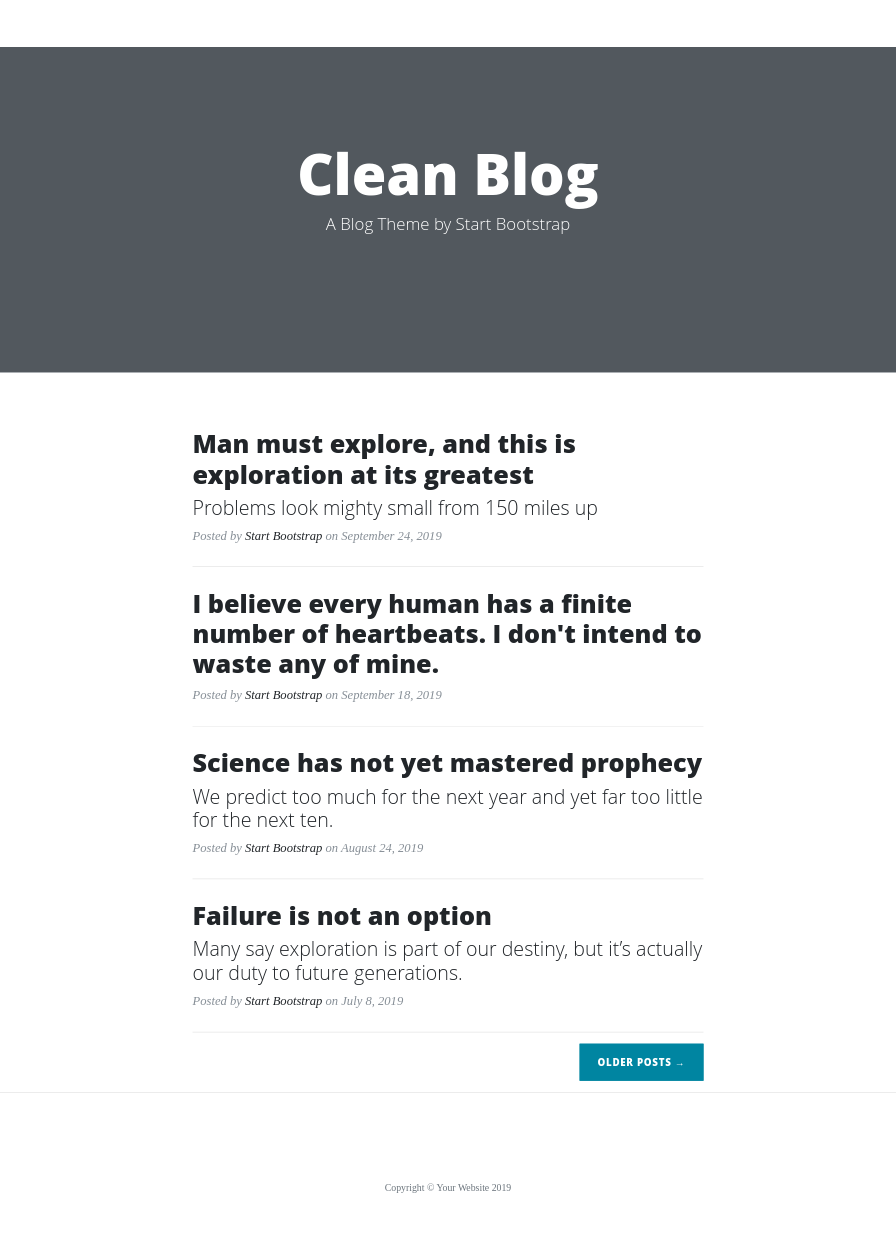
Repository: Rian1010/Flask
Page: http://localhost/
The author's editor kept a record of every edit. The page is drawn from the files as they stood at one moment, then again after the next edit.
The browser window is 1280 px wide. The pictures show the whole page, at 70% of full size.
The page is served by the project's application, run on Flask 3 (run.py). Other server files are loaded and not shown.

Above is the page before.

### templates/index.html
{% extends 'base.html' %} {% block content %}
<div class="row">
    <div class="col-lg-8 col-md-10 mx-auto">
        <div class="post-preview">
            <a href="post.html">
                <h2 class="post-title">
                    Man must explore, and this is exploration at its greatest
                </h2>
                <h3 class="post-subtitle">
                    Problems look mighty small from 150 miles up
                </h3>
            </a>
            <p class="post-meta">Posted by
                <a href="#">Start Bootstrap</a> on September 24, 2019</p>
        </div>
        <hr>
        <div class="post-preview">
            <a href="post.html">
                <h2 class="post-title">
                    I believe every human has a finite number of heartbeats. I don't intend to waste any of mine.
                </h2>
            </a>
            <p class="post-meta">Posted by
                <a href="#">Start Bootstrap</a> on September 18, 2019</p>
        </div>
        <hr>
        <div class="post-preview">
            <a href="post.html">
                <h2 class="post-title">
                    Science has not yet mastered prophecy
                </h2>
                <h3 class="post-subtitle">
                    We predict too much for the next year and yet far too little for the next ten.
                </h3>
            </a>
            <p class="post-meta">Posted by
                <a href="#">Start Bootstrap</a> on August 24, 2019</p>
        </div>
        <hr>
        <div class="post-preview">
            <a href="post.html">
                <h2 class="post-title">
                    Failure is not an option
                </h2>
                <h3 class="post-subtitle">
                    Many say exploration is part of our destiny, but it’s actually our duty to future generations.
                </h3>
            </a>
            <p class="post-meta">Posted by
                <a href="#">Start Bootstrap</a> on July 8, 2019</p>
        </div>
        <hr>
        <!-- Pager -->
        <div class="clearfix">
            <a class="btn btn-primary float-right" href="#">Older Posts &rarr;</a>
        </div>
    </div>
</div>
{% endblock %}

### templates/base.html
<!DOCTYPE html>
<html lang="en">

<head>
    <meta charset="UTF-8">
    <meta name="viewport" content="width=device-width, initial-scale=1.0">
    <meta http-equiv="X-UA-Compatible" content="ie=edge">
    <link rel="stylesheet" href="{{ url_for('static', filename='vendor/bootstrap/css/bootstrap.min.css') }}" type="text/css" />
    <link rel="stylesheet" href="{{ url_for('static', filename='css/clean-blog.min.css') }}" type="text/css" />
    <title>Document</title>
</head>

<body>
    <nav class="navbar navbar-expand-lg navbar-light fixed-top" id="mainNav">
        <div class="container">
            <a class="navbar-brand" href="{{ url_for('index') }}">Thorin &amp; Start Bootstrap</a>
            <button class="navbar-toggler navbar-toggler-right" type="button" data-toggle="collapse" data-target="#navbarResponsive" aria-controls="navbarResponsive" aria-expanded="false" aria-label="Toggle navigation">
        Menu
        <i class="fas fa-bars"></i>
      </button>
            <div class="collapse navbar-collapse" id="navbarResponsive">
                <ul class="navbar-nav ml-auto">
                    <li class="nav-item">
                        <a class="nav-link" href="{{ url_for('index') }}">Home</a>
                    </li>
                    <li class="nav-item">
                        <a class="nav-link" href="{{ url_for('about') }}">About</a>
                    </li>
                    <li class="nav-item">
                        <a class="nav-link" href="{{ url_for('contact') }}">Contact Us</a>
                    </li>
                    <li class="nav-item">
                        <a class="nav-link" href="{{ url_for('careers') }}">Careers</a>
                    </li>
                </ul>
            </div>
        </div>
    </nav>

    <!-- Page Header -->
    <header class="masthead" style="background-image: url_for('http://pre02.deviantart.net/9ae0/th/pre/f/2013/275/8/f/the_hobbit__thorin_and_company_by_art_calavera-d5nay7b.png')">
        <div class="overlay"></div>
        <div class="container">
            <div class="row">
                <div class="col-lg-8 col-md-10 mx-auto">
                    <div class="site-heading">
                        <h1>Clean Blog</h1>
                        <span class="subheading">A Blog Theme by Start Bootstrap</span>
                    </div>
                </div>
            </div>
        </div>
    </header>

    <!-- Main Content -->
    <div class="container">

        {% block content %}
        {% endblock %}

    </div>

    <hr>

    <!-- Footer -->
    <footer>
        <div class="container">
            <div class="row">
                <div class="col-lg-8 col-md-10 mx-auto">
                    <ul class="list-inline text-center">
                        <li class="list-inline-item">
                            <a href="#">
                <span class="fa-stack fa-lg">
                  <i class="fas fa-circle fa-stack-2x"></i>
                  <i class="fab fa-twitter fa-stack-1x fa-inverse"></i>
                </span>
              </a>
                        </li>
                        <li class="list-inline-item">
                            <a href="#">
                <span class="fa-stack fa-lg">
                  <i class="fas fa-circle fa-stack-2x"></i>
                  <i class="fab fa-facebook-f fa-stack-1x fa-inverse"></i>
                </span>
              </a>
                        </li>
                        <li class="list-inline-item">
                            <a href="#">
                <span class="fa-stack fa-lg">
                  <i class="fas fa-circle fa-stack-2x"></i>
                  <i class="fab fa-github fa-stack-1x fa-inverse"></i>
                </span>
              </a>
                        </li>
                    </ul>
                    <p class="copyright text-muted">Copyright &copy; Your Website 2019</p>
                </div>
            </div>
        </div>
    </footer>

    <!-- Bootstrap core JavaScript -->
    <script src="{{ url_for('static', filename='vendor/jquery/jquery.min.js') }}"></script>
    <script src="{{ url_for('static', filename='vendor/bootstrap/js/bootstrap.bundle.min.js') }}"></script>

    <!-- Custom scripts for this template -->
    <script src="{{ url_for('static', filename='js/clean-blog.min.js') }}"></script>



</body>

</html>

### run.py
import os
from flask import Flask, render_template

app = Flask(__name__)


@app.route('/')
def index():
    return render_template("index.html")


@app.route('/about')
def about():
    return render_template("about.html")


@app.route('/contact')
def contact():
    return render_template("contact.html")


@app.route('/careers')
def careers():
    return render_template("careers.html")

if __name__ == '__main__':
    app.run(host=os.environ.get('IP'),
            port=int(os.environ.get('PORT')),
            debug=True)

Loaded but not shown: static/css/clean-blog.min.css (library); static/js/clean-blog.min.js (common file)

After the next edit:
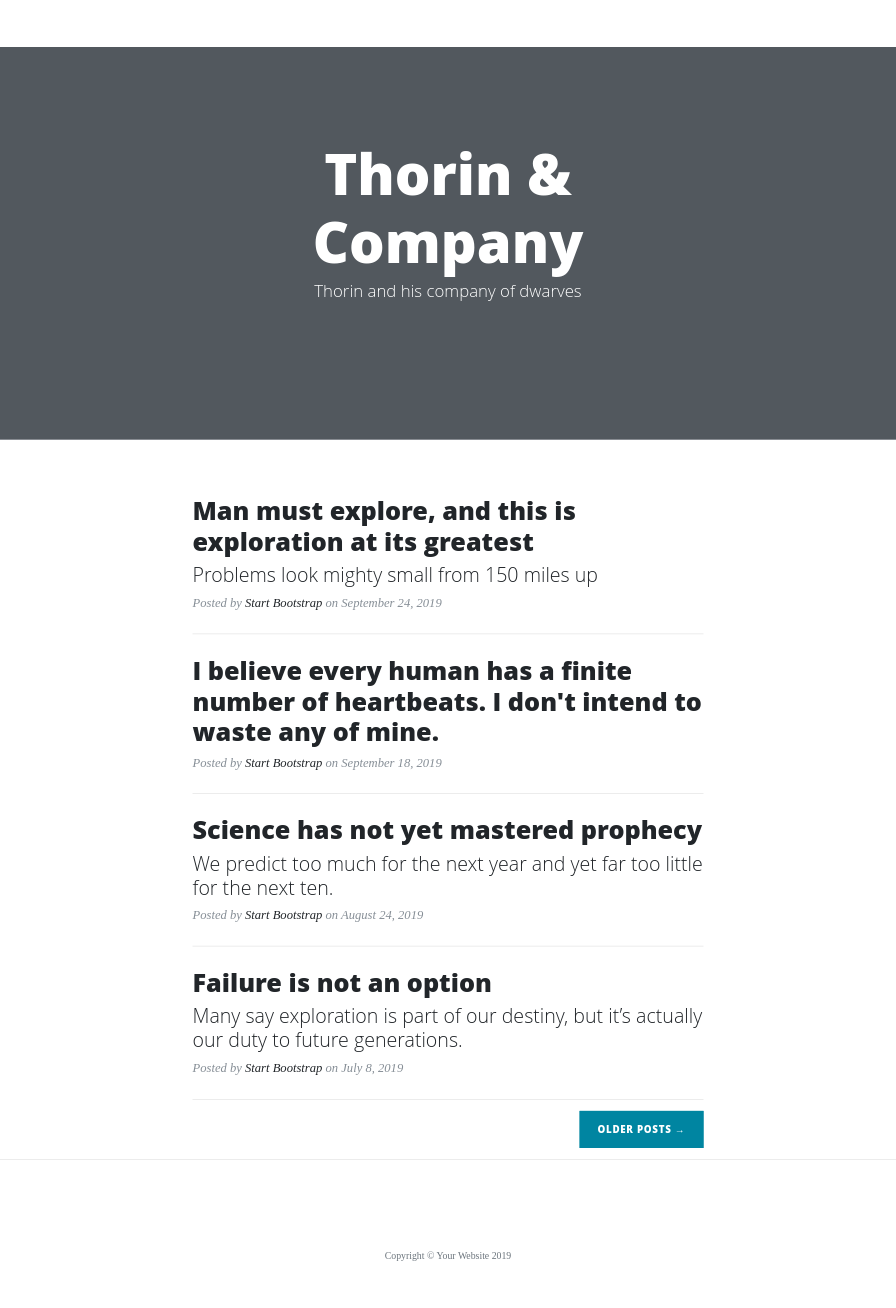
The edit:
--- a/templates/base.html
+++ b/templates/base.html
@@ -44,8 +44,8 @@
             <div class="row">
                 <div class="col-lg-8 col-md-10 mx-auto">
                     <div class="site-heading">
-                        <h1>Clean Blog</h1>
-                        <span class="subheading">A Blog Theme by Start Bootstrap</span>
+                        <h1>Thorin &amp; Company</h1>
+                        <span class="subheading">Thorin and his company of dwarves</span>
                     </div>
                 </div>
             </div>
